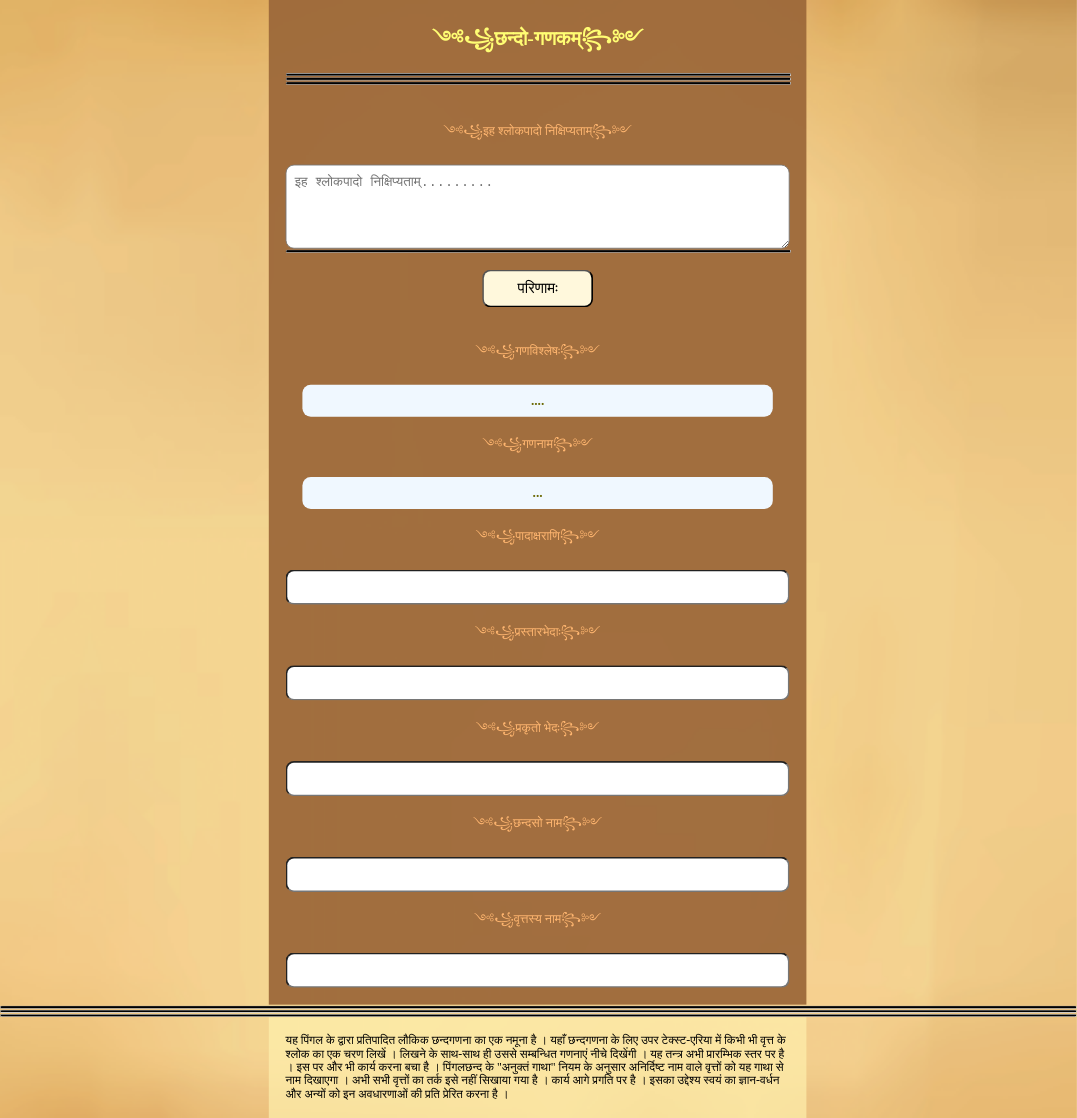
Repository: arshavak/pingala_chhand_shastram
Page: index.html
An editor plug-in stored every save of this project. The page is shown before and after the next save, followed by the edit.
The browser window is 1280 px wide. The page is 1282 px wide, then 1280 px, so the pictures cover 1282 px, including what lies to the right of the window. The pictures show the whole page, at 84% of full size.

Above is the page before, as saved 2024-10-20 16:49:50.

### index.html

<head>
<title>छन्दो-गणकम्</title>
<meta name="viewport" content="width=device-width, initial-scale=1.0">

<link rel="stylesheet"  href="style.css">

</head>
<body>
<div class="contaner" id="contaner">

<h3>༺꧁छन्दो-गणकम्꧂༻
</h3>
<hr><hr><hr><br>
<label for="h3">༺꧁इह श्लोकपादो निक्षिप्यताम्꧂༻</label>
<textarea placeholder="इह श्लोकपादो निक्षिप्यताम्.........
" id="inp" onkeyup="lagabodhakam();"></textarea>
<hr>
<button id="btn" onclick="lagabodhakam()">परिणामः</button>
<label>༺꧁गणविश्लेषः꧂༻</label>
<h4 id="SI_vichched">....</h4>
<h4 id="falani"></h4>
<label>༺꧁गणनाम꧂༻</label>
<h4 id="fl">...</h4>
<label>༺꧁पादाक्षराणि꧂༻</label>
<input id="padaksharani" type="number"  readonly="" title="number"/>
<label>༺꧁प्रस्तारभेदाः꧂༻</label>
<input id="prastarabhedah" type="number" readonly="" title="number"/>
<label>༺꧁प्रकृतो भेदः꧂༻</label>
<input id="prakritobhedah" type="number" readonly="" title="number"/>
<label>༺꧁छन्दसो नाम꧂༻</label>
<input id="chhandasonama" type="text" readonly="" title="number"/>

<label>༺꧁वृत्तस्य नाम꧂༻</label>
<input id="vname" type="text" readonly="" title="number"/>
<span id="ktmtest"></span>
</div>
<hr><hr><hr>
<div class="vivaran">
 <p>
     यह पिंगल के द्वारा प्रतिपादित लौकिक छन्दगणना का एक नमूना है ।
     यहाँ छन्दगणना के लिए उपर टेक्स्ट-एरिया में किभी भी वृत्त के  श्लोक का एक चरण लिखें । लिखने के साथ-साथ ही उससे सम्बन्धित गणनाएं नीचे  दिखेंगी । यह तन्त्र अभी प्रारम्भिक स्तर पर है । इस पर और भी कार्य करना बचा है । पिंगलछन्द के "अनुक्तं गाथा" नियम के अनुसार अनिर्दिष्ट नाम वाले वृत्तों  को यह गाथा से नाम दिखाएगा । अभी सभी वृत्तों का तर्क इसे नहीं सिखाया गया है । कार्य आगे प्रगति पर है । इसका उद्देश्य स्वयं का ज्ञान-वर्धन और अन्यों को इन अवधारणाओं की प्रति प्रेरित करना है ।
 </p>

</div>
<script src="Javascript files/main-script.js"></script>
<script src="Javascript files/vritt-script.js"></script>
<script src="Javascript files/gan-script.js"></script>
</body>

### style.css


*{
  padding: 0;
  margin: 0;

}

body {
  background-image: url("fotos/bgchh.png");
  background-position: center;
  background-repeat: no-repeat;

  background-size: cover;
  font-size: 20px;
}
label {
  margin-top: 15px;
  margin-bottom: 15px;
  display: block;
  font-size: 15px;
  color:#ffb670;
}

textarea {
  min-width: 100%;
  resize: vertical;
  min-height: 100px;
  padding: 10px;
  border-radius: 10px;
  font-size: 16px;
}

input{
  outline: none;
  width: 100%;
  padding: 10px;
  border-radius: 10px;
  font-size: 16px;
}

#btn{
  margin: 20px;
  background-color: cornsilk;
  display: inline-block;
  padding: 10px 40px;
  border-radius: 10px;
  font-weight: 400px;
  font-size: 18px;
  cursor: pointer;
  transition: background-color 0.3s ease;
}

#btn :hover{
  background-color: #f9b93f;
}
#btn :active{
   transform: calc(.2);
}
.contaner{
  padding: 20px;
  position: relative;
  text-align: center;
  background-color: #9d693af0;
  max-width: 600px;
  margin: auto;

}
.vivaran{
  background-color: rgba(255, 241, 174, 0.686);
/* color: rgb(2, 98, 98); */
padding: 20px;
font-size: 14px;
max-width: 600px;
  margin: auto;
}

#falani{
  display:none
}
#ktmtest{
  font-size:0px;
}

h3{
  color:#fffd73;
}

h4 {
  color:#696700;
  margin: auto;
  word-wrap:break-word;
  font-weight:900;
  overflow-x:hidden;
  background-color: aliceblue;
  outline: none;
  width: 90%;
  padding: 10px;
  border-radius: 10px;
  font-size: 16px;
}

hr{
  background-color: #000000;
  height: 2px;
  width: 100%;
  border-radius: 20px;
  margin-top: 1px;
}

### Javascript files/gan-script.js
function gan(){
document.getElementById("fl").innerHTML="";
var x = document.getElementById("falani").innerText;
x=x.match(/.{1,3}/g);
var falam = document.getElementById("fl");
document.getElementById("SI_vichched").innerText=x;
for(var i = 0; i<x.length; i++){
if(x[i]=="ISI"){
falam.innerHTML+=`<b class="alrt" onclick="alert('कदा स ज्')">जगण</b>`;
}else
if(x[i]=="SSS"){
falam.innerHTML+= `<b class="alrt" onclick="alert('धीश्रीस्त्री म्')">मगण</b>`;
}else
if(x[i]=="ISS"){
falam.innerHTML+=`<b class="alrt" onclick="alert('वरा सा य्')">यगण</b>`;
}else

if(x[i]=="SIS"){
falam.innerHTML+=`<b class="alrt" onclick="alert('का गुहा र्')">रगण</b>`;
}else

if(x[i]=="IIS"){
falam.innerHTML+=`<b class="alrt" onclick="alert('वसुधा स्')">सगण</b>`;
}else

if(x[i]=="SSI"){
falam.innerHTML+=`<b class="alrt" onclick="alert('सा ते क्व त्')">तगण</b>`;
}else

if(x[i]=="SII"){
falam.innerHTML+=`<b class="alrt" onclick="alert('किं वद भ्')">भगण</b>`;
}else

if(x[i]=="III"){
falam.innerHTML+=`<b class="alrt" onclick="alert('न हसन्')">नगण</b>`;
}else

if(x[i]=="S"){
falam.innerHTML+=`<b class="alrt" onclick="alert('गन्ते , ध्रादिपरः , हे ')">गुरु</b>`;
}else

if(x[i]=="SS"){
falam.innerHTML+=`<b class="alrt" onclick="alert('गन्ते , ध्रादिपरः , हे ')">गुरुगुरु</b>`;
}else

if(x[i]=="SI"){
falam.innerHTML+=`<b class="alrt" onclick="alert('लघुगुरु')"> गुरुलघु</b>`;
}else

if(x[i]=="IS"){
falam.innerHTML+=`<b class="alrt" onclick="alert('लघुगुरु ')">लघुगुरु </b>`;
}else

if(x[i]=="II"){
falam.innerHTML+=`<b class="alrt" onclick="alert('लघु लघु')">लघु लघु</b>`;
}else

if(x[i]=="I"){
falam.innerHTML+=`<b class="alrt" onclick="alert('लघु')">लघु</b>`;
}else{
falam.innerHTML="......";
}}}

Loaded but not shown: Javascript files/main-script.js (no copy from this time; the picture is the same without it); Javascript files/vritt-script.js (no copy from this time; the picture is the same without it)

After the next save:
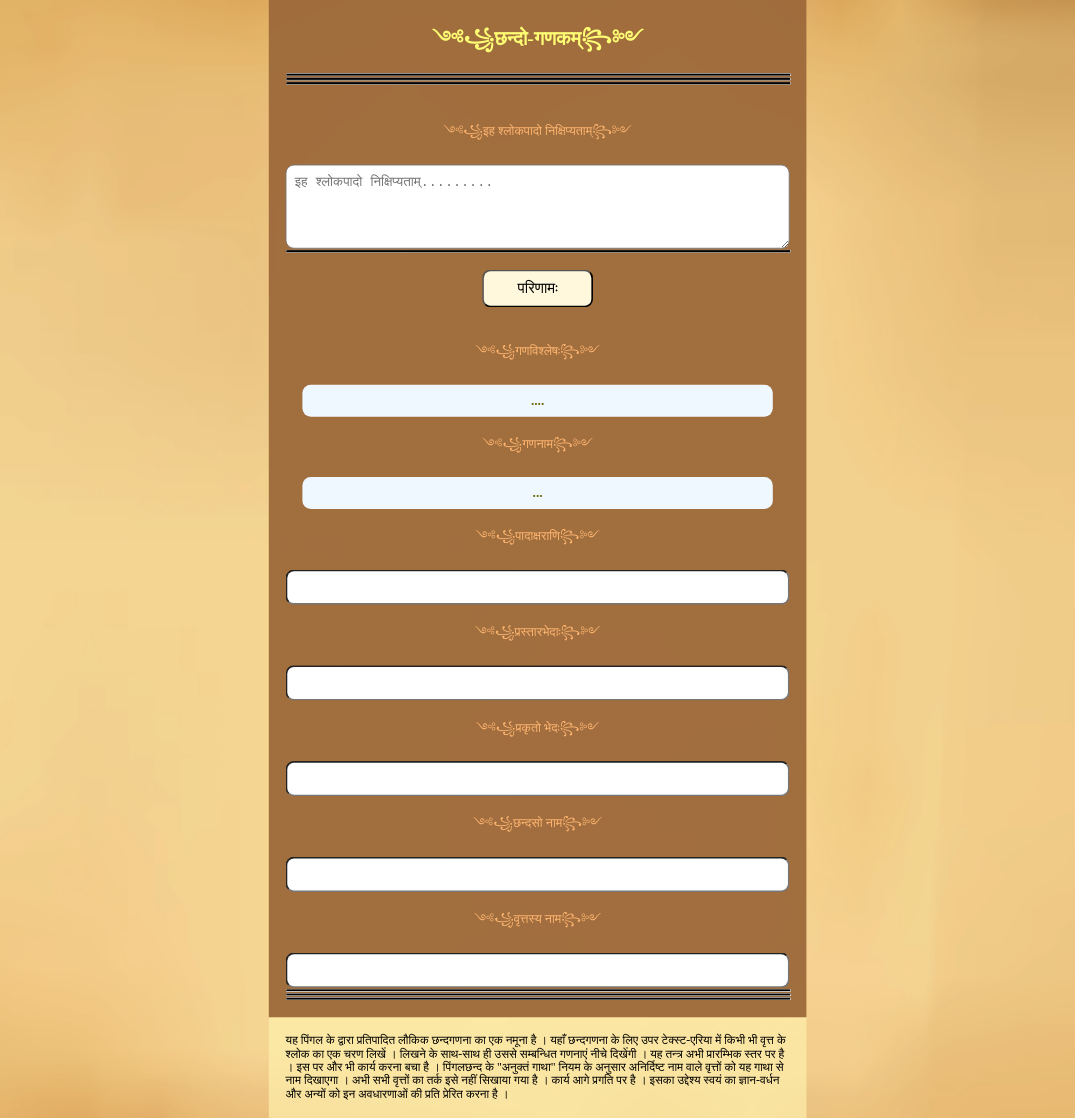
Saved 57 s later.
--- a/index.html
+++ b/index.html
@@ -34,8 +34,9 @@
 <label>༺꧁वृत्तस्य नाम꧂༻</label>
 <input id="vname" type="text" readonly="" title="number"/>
 <span id="ktmtest"></span>
+<hr><hr><hr>
 </div>
-<hr><hr><hr>
+
 <div class="vivaran">
  <p>
      यह पिंगल के द्वारा प्रतिपादित लौकिक छन्दगणना का एक नमूना है ।
